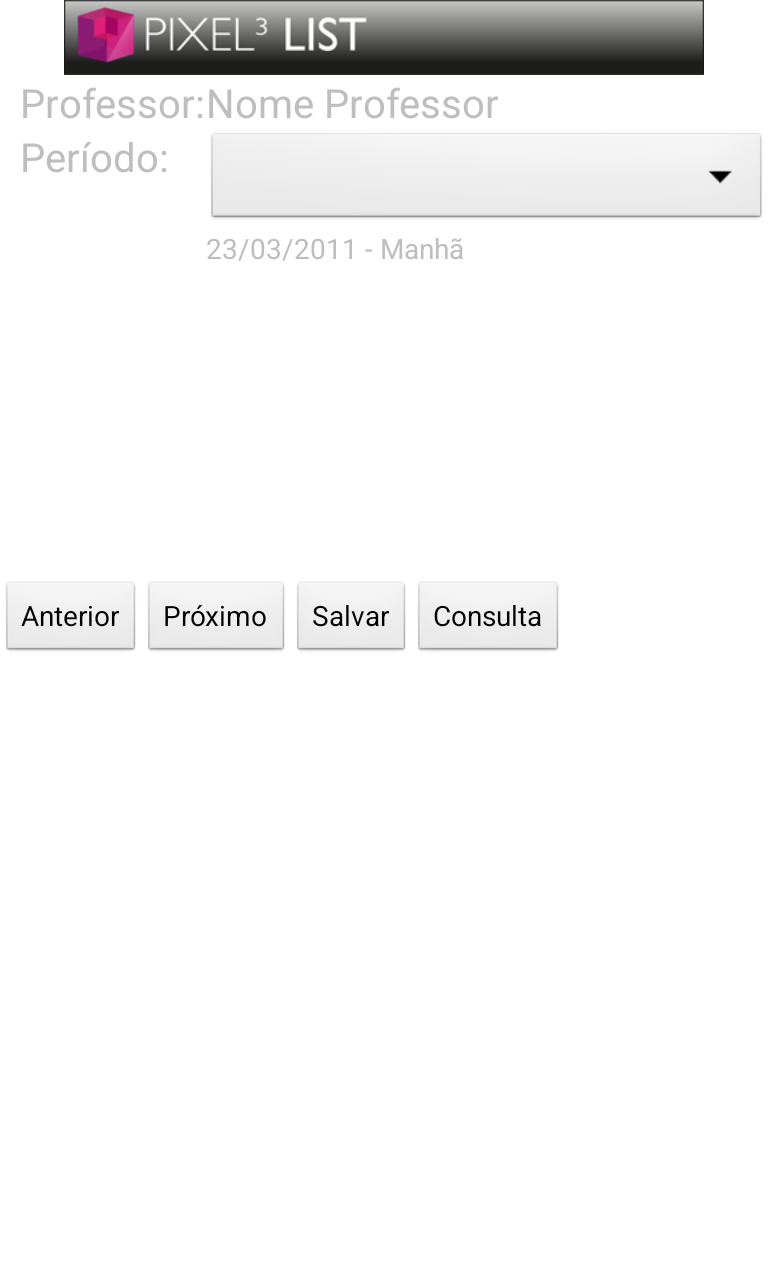
Repository: pixel3mobi/listaDigital
Layout: Pixel3List/res/layout/chamada.xml
These files come from the project's save history. The layout is drawn as it stood at one moment and after the next save; the edit follows.
It is drawn on a 768 x 1280 px phone screen (xhdpi) without system bars, with theme android:Theme; the app's code is not run. Lists and similar views that code fills are empty.

Above is the layout before, as saved 2011-03-23 16:16:13.

### Pixel3List/res/layout/chamada.xml
<?xml version="1.0" encoding="utf-8"?>
<RelativeLayout
	android:id="@+id/widget50"
	android:background="@drawable/fundo_branco"
	android:layout_width="fill_parent"
	android:layout_height="fill_parent"
	xmlns:android="http://schemas.android.com/apk/res/android">
	<ImageView
		android:id="@+id/cabecalho"
		android:src="@drawable/cabecalho"
		android:layout_width="fill_parent"
		android:layout_height="wrap_content"
		android:layout_alignParentTop="true"
		android:layout_alignParentLeft="true">
	</ImageView>
	<RelativeLayout
		android:layout_height="wrap_content"
		android:id="@+id/relativeLayout2"
		android:background="@drawable/fundo_branco"
		android:layout_width="wrap_content"
		android:layout_below="@+id/cabecalho"
		android:layout_alignLeft="@+id/cabecalho"
		android:layout_alignRight="@+id/cabecalho">
		<TextView
			android:id="@+id/txtProfessor"
			android:layout_height="wrap_content"
			android:paddingLeft="10dip"
			android:text="Professor:"
			android:textSize="20dip"
			android:layout_width="wrap_content"
			android:layout_alignParentTop="true">
		</TextView>
		<TextView android:id="@+id/txtPeriodo" android:textSize="20dip" android:layout_height="wrap_content" android:paddingLeft="10dip" android:layout_width="wrap_content" android:text="Período:" android:layout_below="@+id/txtProfessor" android:layout_alignLeft="@+id/txtProfessor"></TextView>
		<TextView android:id="@+id/nomeProfessor" android:textSize="20dip" android:layout_height="wrap_content" android:layout_width="wrap_content" android:text="Nome Professor" android:layout_toRightOf="@+id/txtProfessor" android:layout_alignTop="@+id/txtProfessor" android:layout_alignBottom="@+id/txtProfessor"></TextView>
		<Spinner android:layout_height="50dip" android:layout_width="fill_parent" android:paddingLeft="10dip" android:id="@+id/periodos" android:layout_below="@+id/nomeProfessor" android:layout_alignLeft="@+id/nomeProfessor"></Spinner>
		<TextView android:id="@+id/txtData" android:layout_height="wrap_content" android:layout_width="wrap_content" android:layout_below="@+id/periodos" android:text="23/03/2011 - Manhã" android:layout_alignLeft="@+id/periodos" android:layout_alignRight="@+id/periodos"></TextView>
	</RelativeLayout>
	<ListView
		android:id="@+id/alunos"
		android:layout_width="fill_parent"
		android:background="@drawable/fundo_branco"
		android:layout_height="300dip"
		android:layout_alignParentBottom="true"
		android:layout_alignParentRight="true">
	</ListView>
	<RelativeLayout android:layout_height="50dip" android:layout_width="wrap_content" android:id="@+id/relativeLayout1" android:layout_above="@+id/alunos" android:layout_alignLeft="@+id/alunos" android:layout_alignRight="@+id/alunos">
		<Button android:layout_alignParentLeft="true" android:id="@+id/btnAnterior" android:layout_height="40dip" android:layout_width="wrap_content" android:text="Anterior"></Button>
		<Button android:layout_alignTop="@+id/btnAnterior" android:id="@+id/btnProximo" android:layout_toRightOf="@+id/btnAnterior" android:layout_height="40dip" android:layout_width="wrap_content" android:layout_alignBottom="@+id/btnAnterior" android:text="Próximo"></Button>
		<Button android:layout_alignTop="@+id/btnProximo" android:id="@+id/btnSalvar" android:layout_toRightOf="@+id/btnProximo" android:layout_height="40dip" android:layout_width="wrap_content" android:layout_alignBottom="@+id/btnProximo" android:text="Salvar"></Button>
		<Button android:layout_alignTop="@+id/btnSalvar" android:id="@+id/btnConsulta" android:layout_toRightOf="@+id/btnSalvar" android:layout_height="40dip" android:layout_width="wrap_content" android:layout_alignBottom="@+id/btnSalvar" android:text="Consulta"></Button>
	</RelativeLayout>
</RelativeLayout>

After the next save:
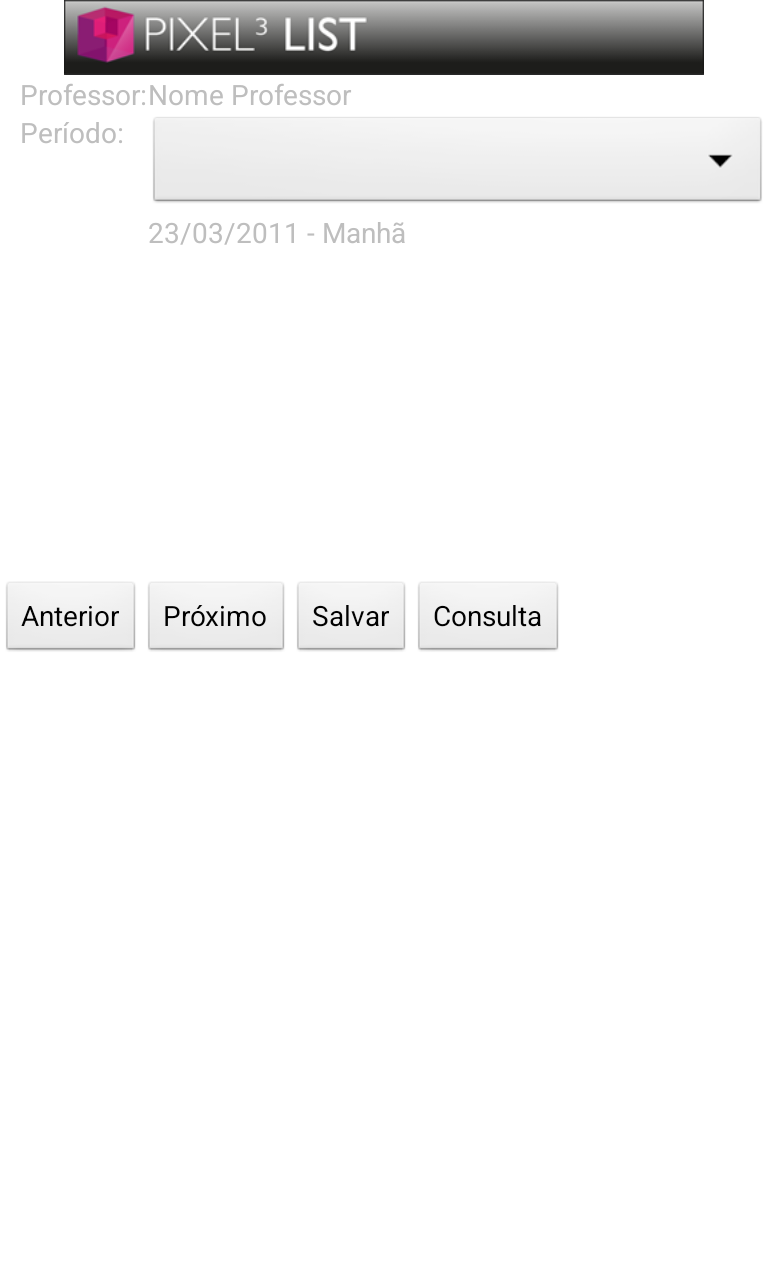
Saved 86 s later.
--- a/Pixel3List/res/layout/chamada.xml
+++ b/Pixel3List/res/layout/chamada.xml
@@ -26,12 +26,11 @@
 			android:layout_height="wrap_content"
 			android:paddingLeft="10dip"
 			android:text="Professor:"
-			android:textSize="20dip"
 			android:layout_width="wrap_content"
 			android:layout_alignParentTop="true">
 		</TextView>
-		<TextView android:id="@+id/txtPeriodo" android:textSize="20dip" android:layout_height="wrap_content" android:paddingLeft="10dip" android:layout_width="wrap_content" android:text="Período:" android:layout_below="@+id/txtProfessor" android:layout_alignLeft="@+id/txtProfessor"></TextView>
-		<TextView android:id="@+id/nomeProfessor" android:textSize="20dip" android:layout_height="wrap_content" android:layout_width="wrap_content" android:text="Nome Professor" android:layout_toRightOf="@+id/txtProfessor" android:layout_alignTop="@+id/txtProfessor" android:layout_alignBottom="@+id/txtProfessor"></TextView>
+		<TextView android:id="@+id/txtPeriodo" android:layout_height="wrap_content" android:paddingLeft="10dip" android:layout_width="wrap_content" android:text="Período:" android:layout_below="@+id/txtProfessor" android:layout_alignLeft="@+id/txtProfessor"></TextView>
+		<TextView android:id="@+id/nomeProfessor" android:layout_height="wrap_content" android:layout_width="wrap_content" android:text="Nome Professor" android:layout_toRightOf="@+id/txtProfessor" android:layout_alignTop="@+id/txtProfessor" android:layout_alignBottom="@+id/txtProfessor"></TextView>
 		<Spinner android:layout_height="50dip" android:layout_width="fill_parent" android:paddingLeft="10dip" android:id="@+id/periodos" android:layout_below="@+id/nomeProfessor" android:layout_alignLeft="@+id/nomeProfessor"></Spinner>
 		<TextView android:id="@+id/txtData" android:layout_height="wrap_content" android:layout_width="wrap_content" android:layout_below="@+id/periodos" android:text="23/03/2011 - Manhã" android:layout_alignLeft="@+id/periodos" android:layout_alignRight="@+id/periodos"></TextView>
 	</RelativeLayout>
